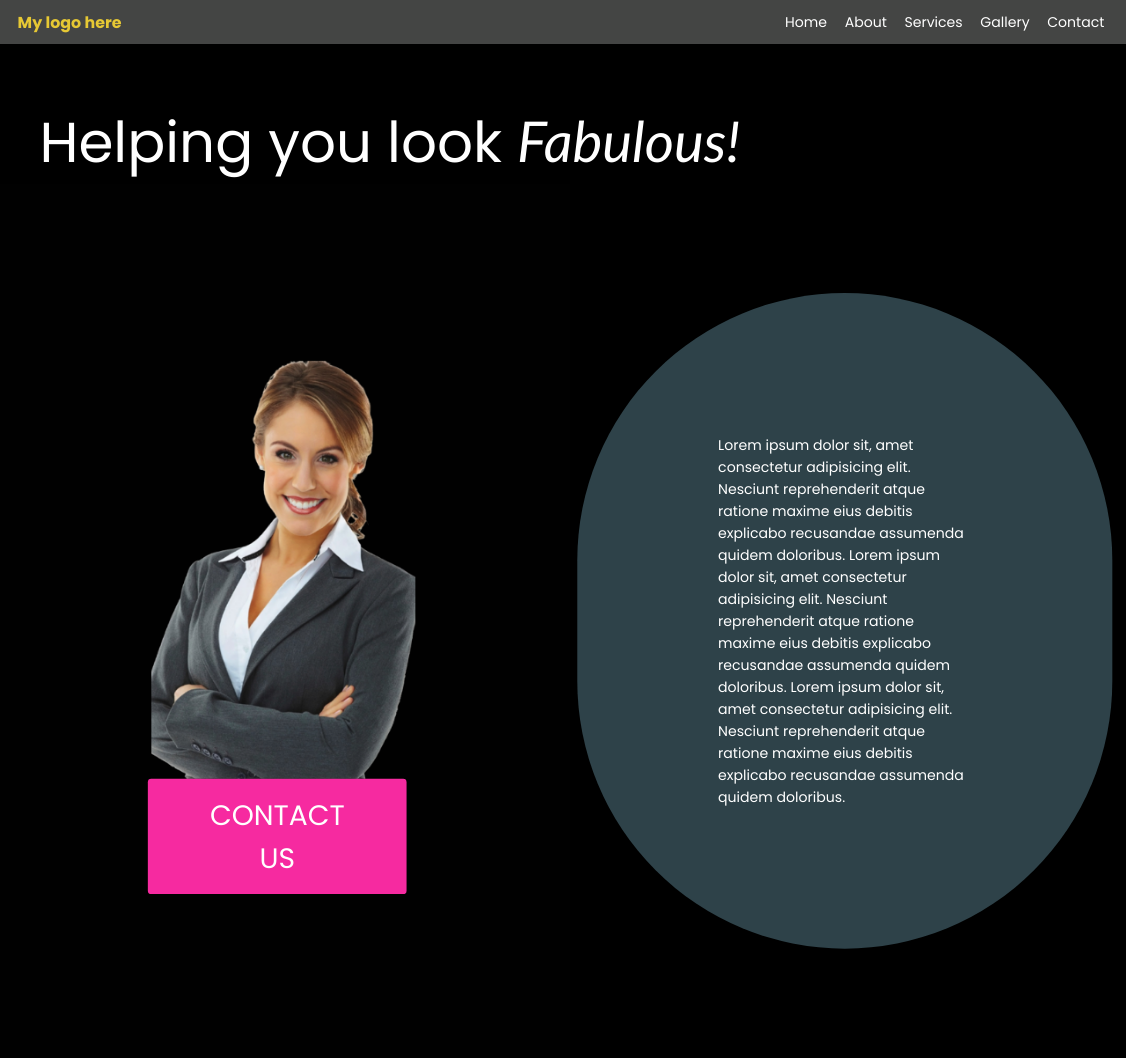
Repository: buzzedison/gardens
Page: index.html
The author's editor kept a copy of each file at every save. The page is drawn from the files as they stood at one save, then again after the next save.
The browser window is 1280 px wide. The pictures show the whole page, at 88% of full size.

Above is the page before, as saved 2022-01-12 20:33:24.

After the next save:
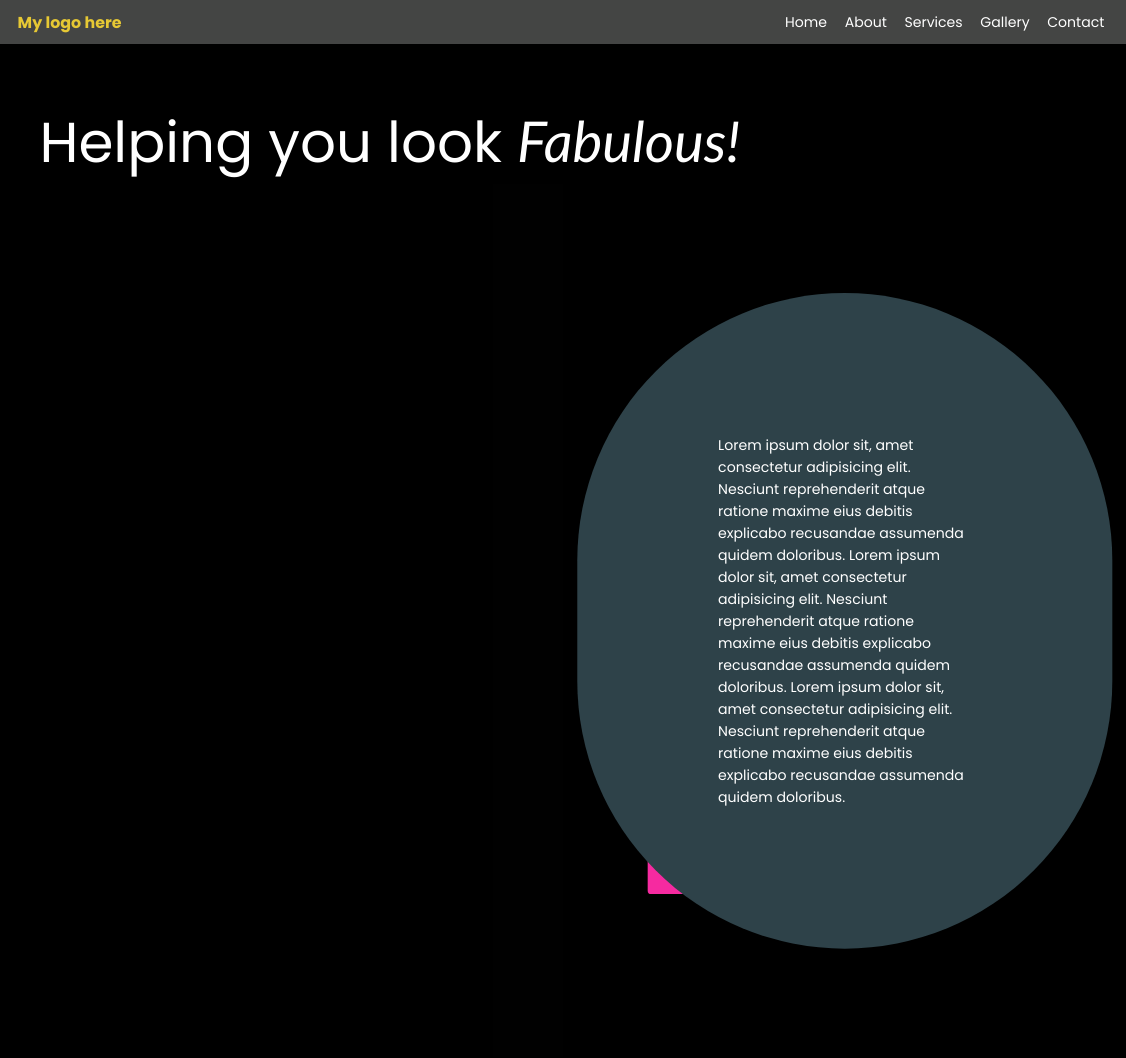
Saved 12 s later.
--- a/css/styles.css
+++ b/css/styles.css
@@ -173,8 +173,8 @@ ul li:hover {
 
 .grida{
   align-self: end;
-  /* justify-self: end; */
-  /* width:5em; */
+  justify-self: end;
+  width:5em;
   /* position:absolute; */
   display:flex
 
